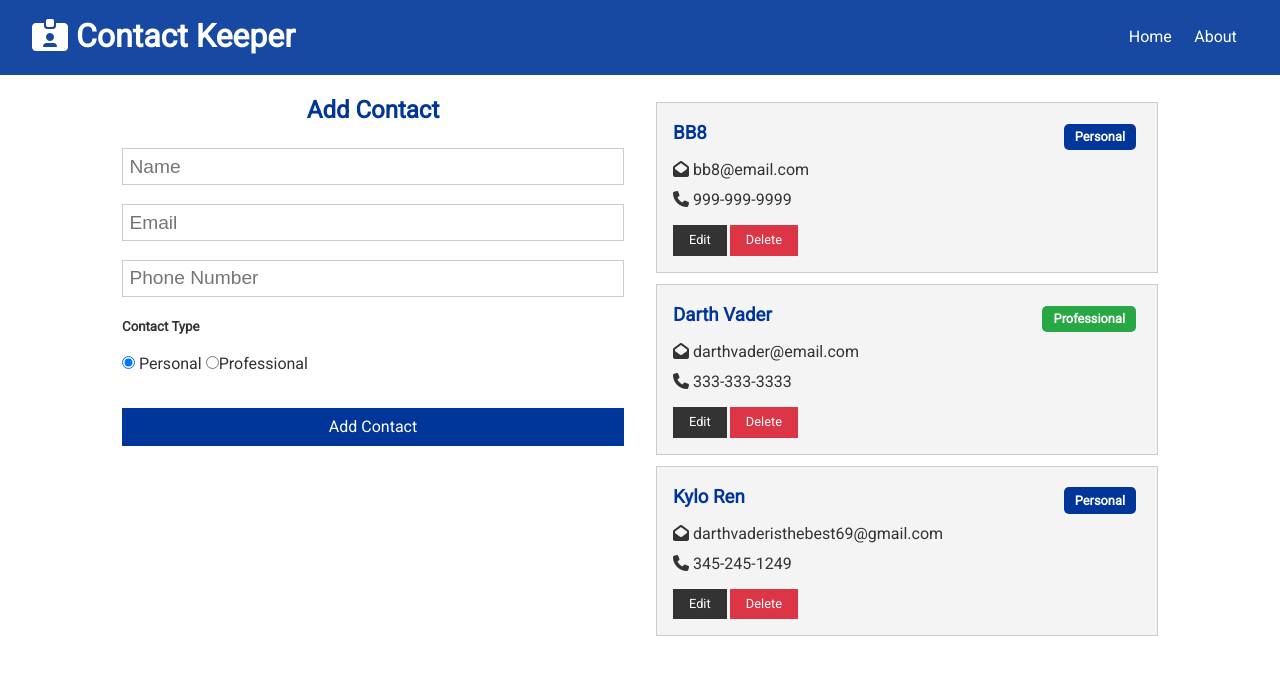
Repository: mjcanon4/contact-keeper
Page: / (app in client/)
The author's editor kept a copy of each file at every save. The page is drawn from the files as they stood at one save, then again after the next save.
The browser window is 1280 px wide. The pictures show the whole page.
Some web libraries are served in a nearby version. The project was rebuilt for these pictures with package versions that can differ from the ones it lists, and the page was loaded fresh each time. A package was used in the major version that the imports need, not the one package.json lists. Also part of the build but not shown: client/src/components/pages/About.js.

Above is the page before, as saved 2021-08-22 15:19:13.

After the next save:
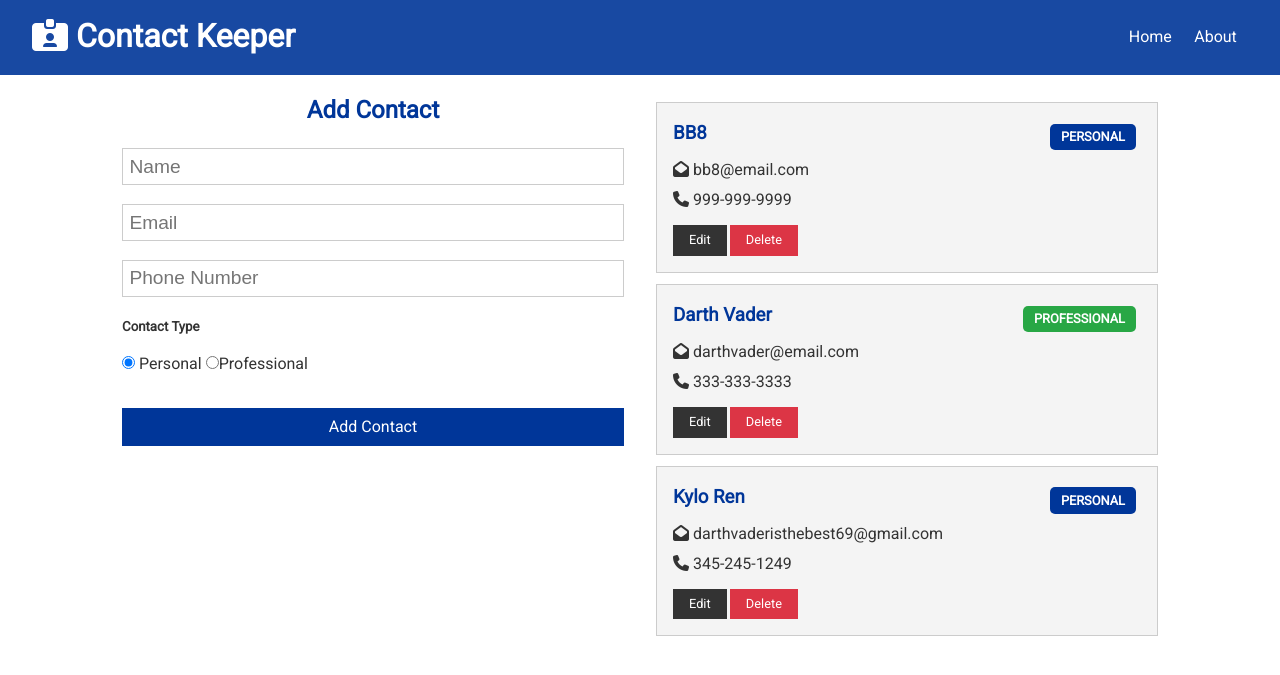
Saved 102 s later.
--- a/client/src/components/contacts/ContactItem.js
+++ b/client/src/components/contacts/ContactItem.js
@@ -15,7 +15,7 @@ const ContactItem = ({ contact }) => {
             (type == "professional" ? "badge-success" : "badge-primary")
           }
         >
-          {type.charAt(0).toUpperCase() + type.slice(1)}
+          {type.toUpperCase()}
         </span>
       </h3>
       <ul className="list">
